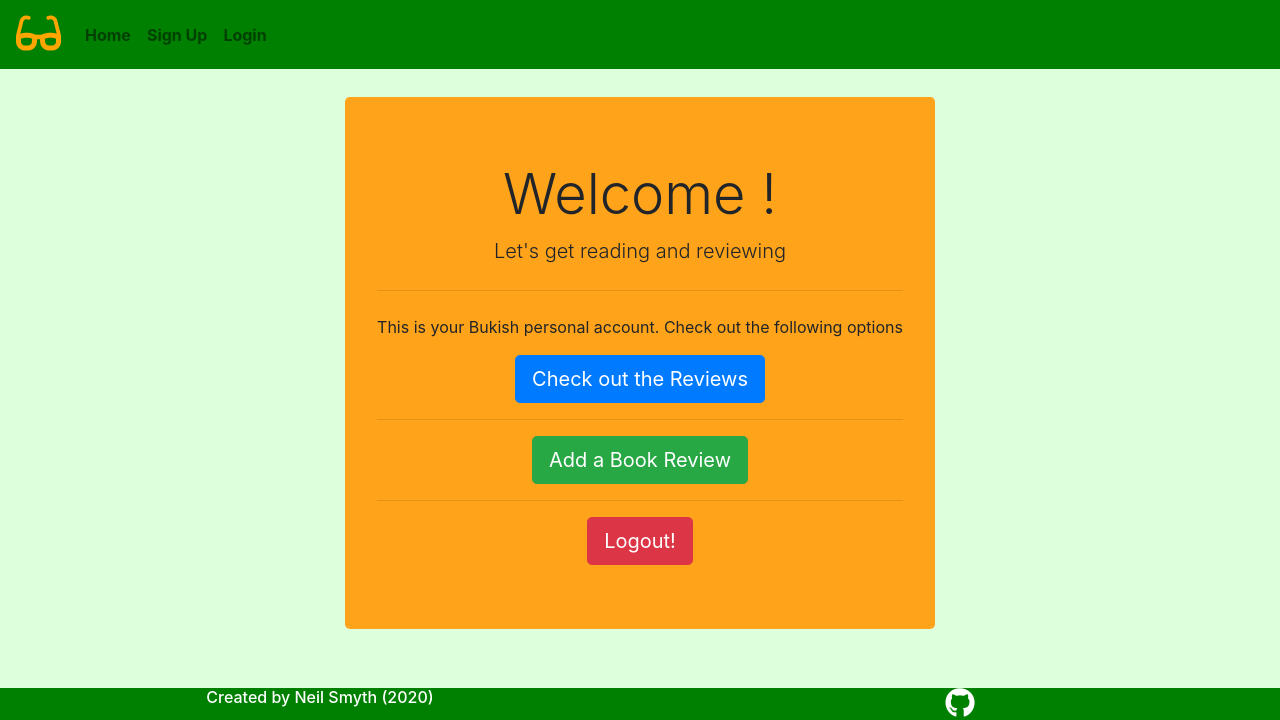
Repository: NeiloErnesto89/Data_Centric_Dev_Milestone_Project3
Page: templates/bio.html
The author's editor kept a record of every edit. The page is drawn from the files as they stood at one moment, then again after the next edit.
The browser window is 1280 px wide. The pictures show the whole page.
Some web libraries are served in a nearby version. The template is drawn by Flask 3. The application's start-up code is not run. Other server files are loaded and not shown. The template is opened directly, without the code that normally fills it, so the values that code supplies are empty.

Above is the page before.

### templates/bio.html
<!DOCTYPE html>
<html>

<head>
</head>

<body>
    {% extends 'base.html' %} {% block content %}
    <div class="container-fluid">
        <div class="row justify-content-center">
            <div class="jumbotron text-center mt-3">
                <h1 class="display-4">Welcome {{ user.username }} !</h1>
                <p class="lead">
                    Let's get reading and reviewing
                </p>
                <hr class="my-4">
                <p>This is your Bukish personal account. Check out the following options</p>
                <div class="text-center">
                    <a class="btn btn-primary btn-lg" href="{{ url_for('all_reviews') }}" role="button">Check out the Reviews </a>
                </div>
                <hr>
                <div class="text-center">
                    <a class="btn btn-success btn-lg" href="{{ url_for('review_page') }}" role="button">Add a Book Review </a>
                </div>
                <hr>
                <div class="text-center">
                    <a class="btn btn-danger btn-lg" href="{{ url_for('logout') }}" role="button">Logout! </a>
                </div>
            </div>

        </div>
   </div>
    {% endblock %}
</body>

</html>

### templates/base.html
<!DOCTYPE html>
<html lang="en">

<head>
    <meta charset="UTF-8">
    <meta name="viewport" content="width=device-width, initial-scale=1.0">
    <meta http-equiv="X-UA-Compatible" content="ie=edge">

    <title>Book Reviews</title>

    <!-- Bootstrap -->
    <link rel="stylesheet" href="https://stackpath.bootstrapcdn.com/bootstrap/4.3.1/css/bootstrap.min.css" integrity="sha384-ggOyR0iXCbMQv3Xipma34MD+dH/1fQ784/j6cY/iJTQUOhcWr7x9JvoRxT2MZw1T" crossorigin="anonymous">

    <!-- Google Font-->

    <link href="https://fonts.googleapis.com/css?family=Montserrat:400,700" rel="stylesheet">

    <!-- Font Awesome-->

    <link rel="stylesheet" href="https://use.fontawesome.com/releases/v5.7.2/css/all.css" integrity="sha384-fnmOCqbTlWIlj8LyTjo7mOUStjsKC4pOpQbqyi7RrhN7udi9RwhKkMHpvLbHG9Sr" crossorigin="anonymous">

    <link rel="stylesheet" href="https://cdnjs.cloudflare.com/ajax/libs/font-awesome/4.7.0/css/font-awesome.min.css">

    <!-- CSS -->

    <link rel="stylesheet" href="{{url_for('static', filename='css/style.css')}}" type="text/css" />


</head>

<body>

<div class="cover-container d-flex mx-auto flex-column">

            <!--NavBar with Burger Icon-->

        <header class="nav-container">
            <nav class="navbar navbar-expand-lg navbar-light mb-1 text-center fixed-top">
                <a class="navbar-brand" data-target="#modalPopUp" data-toggle="modal"><i class="fas fa-glasses" style="font-size:40px;color:orange;"></i></a>
                <button class="navbar-toggler" type="button" data-toggle="collapse" data-target="#navbarTogglerDemo02" aria-controls="navbarTogglerDemo02" aria-expanded="false" aria-label="Toggle navigation">
                                <span class="navbar-toggler-icon"></span>
                              </button>
                <div class="collapse navbar-collapse" id="navbarTogglerDemo02">
                    <ul class="navbar-nav mr-auto mt-0 mt-lg-0">

                        <li class="nav-item">
                            <a class="nav-link" href="{{ url_for('index') }}"><b>Home</b></a>
                        </li>
                        <li class="nav-item">
                            <a class="nav-link" href="{{ url_for('signup') }}"><b>Sign Up</b></a>
                        </li>
                        <li class="nav-item">
                            <a class="nav-link" href="{{ url_for('login') }}"><b>Login</b></a>
                        </li>



                    </ul>
                </div>
            </nav>
        </header>

        <hr>

    <div class="container mt-5 mb-3">
            {% block content %}
            {% endblock %}
    </div>

    <hr>

        <!--FOOTER -->

        <div class="footer container-fluid">
            <div class="row justify-content-center">
                <div class="text-center col-xs-12 col-sm-6">

                    <h6>Created by Neil Smyth (2020)</h6>

                </div>
                <div class="text-center col-xs-12 col-sm-6">

                    <a href="https://github.com/NeiloErnesto89" target="_blank "><i class="fab fa-github" style="font-size:30px; color:white; "></i></a>

                </div>
            </div>
        </div> <!-- footer container-->

</div>    <!--Cover Container -->

    <!-- JQuery -->
    <script src="https://cdnjs.cloudflare.com/ajax/libs/jquery/3.2.1/jquery.min.js"></script>

    <!-- Bootstrap JS-->

    <script src="https://code.jquery.com/jquery-3.3.1.slim.min.js" integrity="sha384-q8i/X+965DzO0rT7abK41JStQIAqVgRVzpbzo5smXKp4YfRvH+8abtTE1Pi6jizo" crossorigin="anonymous"></script>
    <script src="https://cdnjs.cloudflare.com/ajax/libs/popper.js/1.14.7/umd/popper.min.js" integrity="sha384-UO2eT0CpHqdSJQ6hJty5KVphtPhzWj9WO1clHTMGa3JDZwrnQq4sF86dIHNDz0W1" crossorigin="anonymous"></script>
    <script src="https://stackpath.bootstrapcdn.com/bootstrap/4.3.1/js/bootstrap.min.js" integrity="sha384-JjSmVgyd0p3pXB1rRibZUAYoIIy6OrQ6VrjIEaFf/nJGzIxFDsf4x0xIM+B07jRM" crossorigin="anonymous"></script>

    <!-- JS File -->

    <script src="{{url_for('static', filename='js/script.js')}}"></script>


    <!--  <script type="text/javascript">
        $(document).ready(function() {
            $('.collapsible').collapsible();
        });
    </script>  -->
</body>

</html>

### static/css/style.css
body {
  background-color: #DEFFDC;
  display: flex;
 /* margin: 0; */
}

/*.cover-container {
  min-height: 100vh;
  padding-top: 70px;
  background-size: cover;
  align-items: center;
  justify-content: center;
  position: relative;
  overflow-x: hidden;
*/
  /*.nav-container {
    position: fixed;
    width: 100%;
    z-index: 1;
    top: 0;
    left: 0;
    padding-left: 0;
    padding-right: 0;
    margin-left: 0;
    margin-right: 0;
  } */

  .navbar {
    background-color: green;
  }

  .jumbotron {
    background-color: #ffa31a;
    margin-right: 3rem;
    margin-left: 3rem;
  }

  /* Paginate Button on All Reviews.html (taken from w3 schools*/
  .paginate {
    display: inline-block;
  }

  .paginate a {
    color: black;
    float: left;
    padding: 8px 16px;
    text-decoration: none;
    margin: 15px;
  }

  .paginate a.active {
    background-color: #4CAF50;
    color: white;
    border-radius: 5px;
  }

  .paginate a:hover:not(.active) {
    background-color: #ddd;
    border-radius: 5px;
  }

  /* all_reviews.html - book review cards*/
  .card {
    margin: 5px;
    border: 8px solid rgb(5, 187, 5);
    border-radius: 3rem;
  }

  .footer {
    position: fixed;
    left: 0;
    bottom: 0;
    width: 100%;
    background-color: green;
    color: white;
    text-align: center;
  }

### static/js/script.js
/*$(document).ready(function() {

    $('#popUpModal').modal('show');
}); */

$(function () {
  $('[data-toggle="tooltip"]').tooltip()
})

After the next edit:
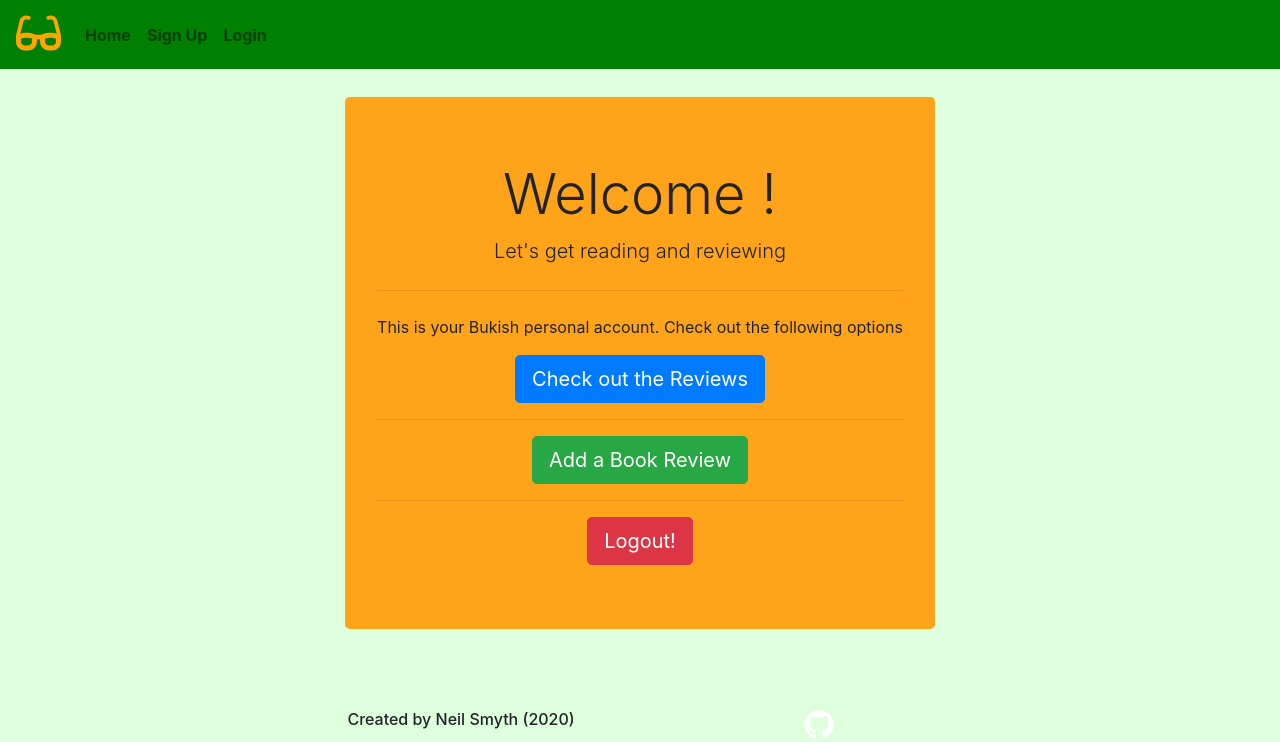
The edit:
--- a/static/css/style.css
+++ b/static/css/style.css
@@ -66,6 +66,14 @@
     border-radius: 3rem;
   }
 
+  /* Card Image */
+  /*
+  .card-img-top {
+    width: 100%;
+    height: 15vw;
+    object-fit: cover;
+}
+
   .footer {
     position: fixed;
     left: 0;

After the edit that followed:
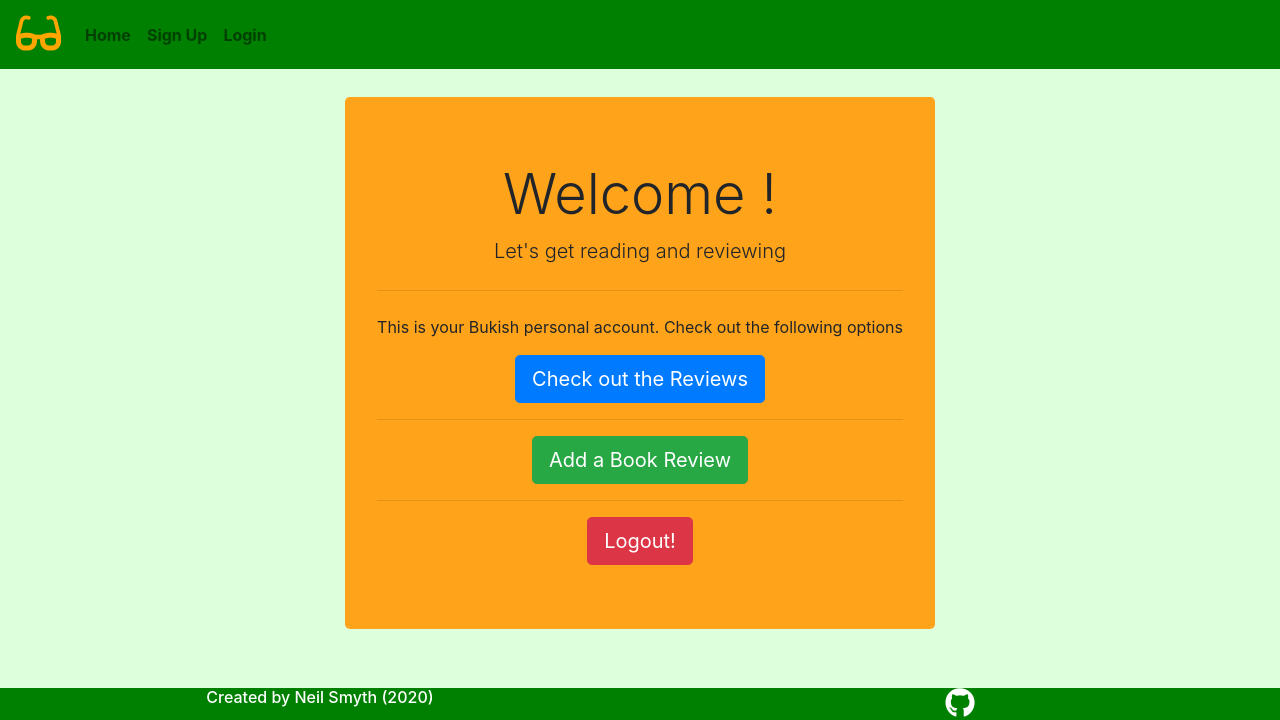
The edit:
--- a/static/css/style.css
+++ b/static/css/style.css
@@ -73,6 +73,50 @@
     height: 15vw;
     object-fit: cover;
 }
+  */
+
+  /* MODAL */
+
+  .modal {
+    color: black;
+    background-color: rgb(204, 255, 204, 0.8);
+}
+
+.modal-header {
+
+    background-color: rgb(204, 255, 204);
+    opacity: 0.8;
+
+}
+
+.modal-title {
+    font-size: 34px;
+    font-weight: bold;
+    text-align: center;
+    margin-left: 45px;
+    padding: 5px;
+    text-decoration: underline;
+}
+
+
+.modal-body {
+    font-size: 15px;
+    font-weight: bold;
+    color: white;
+    background-color: rgb(0, 153, 51);
+    opacity: 0.8;
+    text-align: center;
+}
+
+.modal-footer {
+    background-color: rgb(204, 255, 204);
+    opacity: 0.8;
+}
+
+.modal-header .close {
+    margin: -10px;
+}
+
 
   .footer {
     position: fixed;
